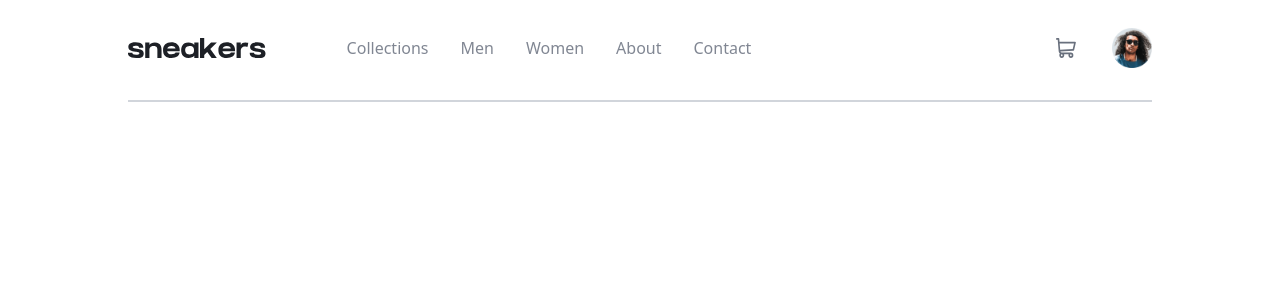
Repository: Sef24/product-design-sneakers
Page: /
These files come from the project's save history. The page is drawn as it stood at one moment and after the next save; the edit follows.
The browser window is 1280 px wide. The pictures show the whole page.
The project was rebuilt for these pictures with package versions that can differ from the ones it lists, and the page was loaded fresh each time.

Above is the page before, as saved 2022-06-11 21:29:39.

After the next save:
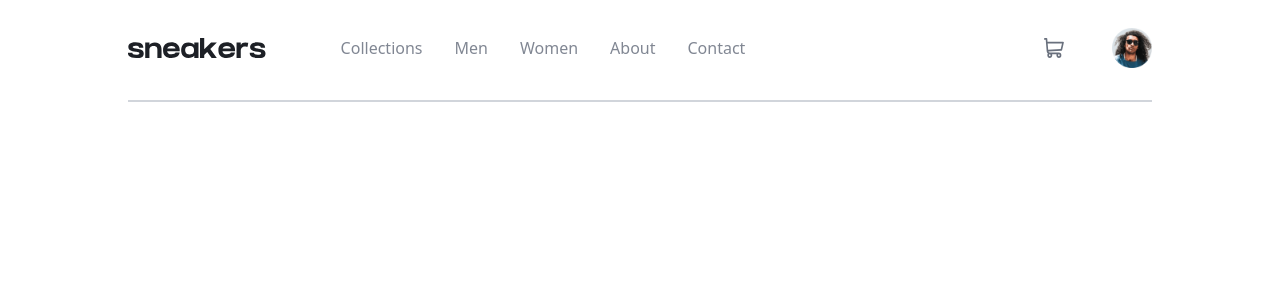
Saved 5 s later.
--- a/src/components/Nav.js
+++ b/src/components/Nav.js
@@ -19,7 +19,7 @@
           <h4>Contact</h4>
         </div>
 
-        <section className="flex items-center space-x-9 ">
+        <section className="flex items-center space-x-12 ">
           <img src={cart} alt="" className="h-5 w-5" />
           <img src={avatar} alt="" className="h-10" />
         </section>
